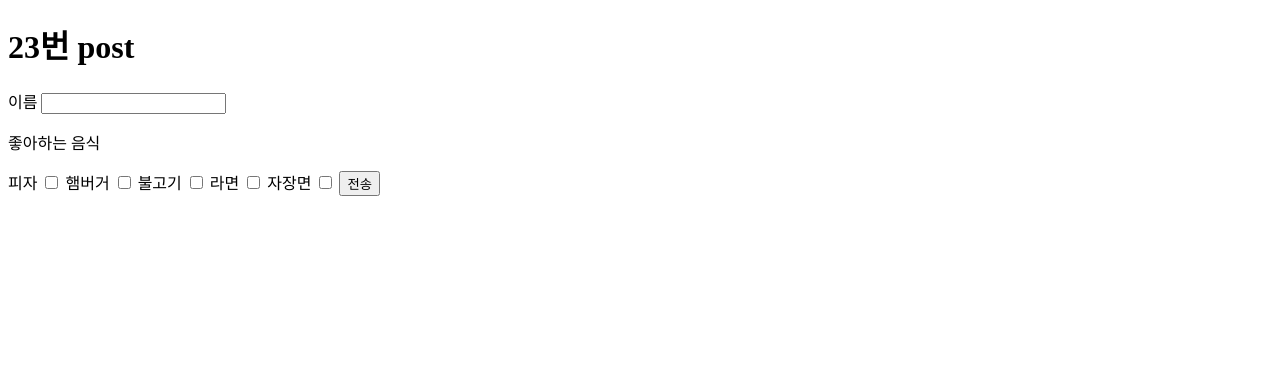
Repository: JJinBBangg/JSP
Page: http://localhost/jsp/ch11/lecture/05object/23form-post.jsp
The author's editor kept a copy of each file at every save. The page is drawn from the files as they stood at one save, then again after the next save.
The browser window is 1280 px wide. The pictures show the whole page.
The page is served by Tomcat 9. Other server files are loaded and not shown.

Above is the page before, as saved 2023-04-04 01:43:09.

### jsp/src/main/webapp/ch11/lecture/05object/23form-post.jsp
<%@ page language="java" contentType="text/html; charset=UTF-8"
    pageEncoding="UTF-8"%>
<%@ page import="java.util.*"%>
<!DOCTYPE html>
<html>
<head>
<meta charset="UTF-8">
<title>Insert title here</title>
</head>
<body>
	<h1>23번 post</h1>
	 <form action="24process.jsp">
	 	<label for="input1">이름</label>
	 	<input type="text" id="input1" name="name" />
	 	<p>좋아하는 음식</p>
	 	<label for="ch1">피자</label>
	 	<input type="checkbox" id="ch1" name="food" value="피자"/>
	 	<label for="ch2">햄버거</label>
	 	<input type="checkbox" id="ch2" name="food" value="햄버거"/>
	 	<label for="ch3">불고기</label>
	 	<input type="checkbox" id="ch3" name="food" value="불고기"/>
	 	<label for="ch4">라면</label>
	 	<input type="checkbox" id="ch4" name="food" value="라면"/>
	 	<label for="ch5">자장면</label>
	 	<input type="checkbox" id="ch5" name="food" value="자장면"/>
	 	<input type="submit"  value="전송"/>
	 </form>
</body>
</html>

After the next save:
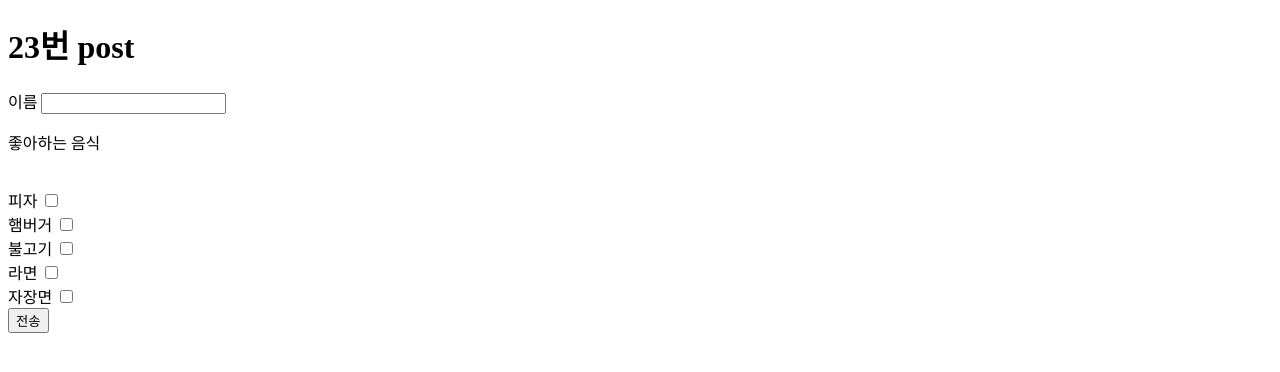
Saved 33 s later.
--- a/jsp/src/main/webapp/ch11/lecture/05object/23form-post.jsp
+++ b/jsp/src/main/webapp/ch11/lecture/05object/23form-post.jsp
@@ -9,20 +9,20 @@
 </head>
 <body>
 	<h1>23번 post</h1>
-	 <form action="24process.jsp">
+	 <form action="24process.jsp" method="post">
 	 	<label for="input1">이름</label>
-	 	<input type="text" id="input1" name="name" />
-	 	<p>좋아하는 음식</p>
+	 	<input type="text" id="input1" name="name" /><br />
+	 	<p>좋아하는 음식</p><br />
 	 	<label for="ch1">피자</label>
-	 	<input type="checkbox" id="ch1" name="food" value="피자"/>
+	 	<input type="checkbox" id="ch1" name="food" value="피자"/><br />
 	 	<label for="ch2">햄버거</label>
-	 	<input type="checkbox" id="ch2" name="food" value="햄버거"/>
+	 	<input type="checkbox" id="ch2" name="food" value="햄버거"/><br />
 	 	<label for="ch3">불고기</label>
-	 	<input type="checkbox" id="ch3" name="food" value="불고기"/>
+	 	<input type="checkbox" id="ch3" name="food" value="불고기"/><br />
 	 	<label for="ch4">라면</label>
-	 	<input type="checkbox" id="ch4" name="food" value="라면"/>
+	 	<input type="checkbox" id="ch4" name="food" value="라면"/><br />
 	 	<label for="ch5">자장면</label>
-	 	<input type="checkbox" id="ch5" name="food" value="자장면"/>
+	 	<input type="checkbox" id="ch5" name="food" value="자장면"/><br />
 	 	<input type="submit"  value="전송"/>
 	 </form>
 </body>
